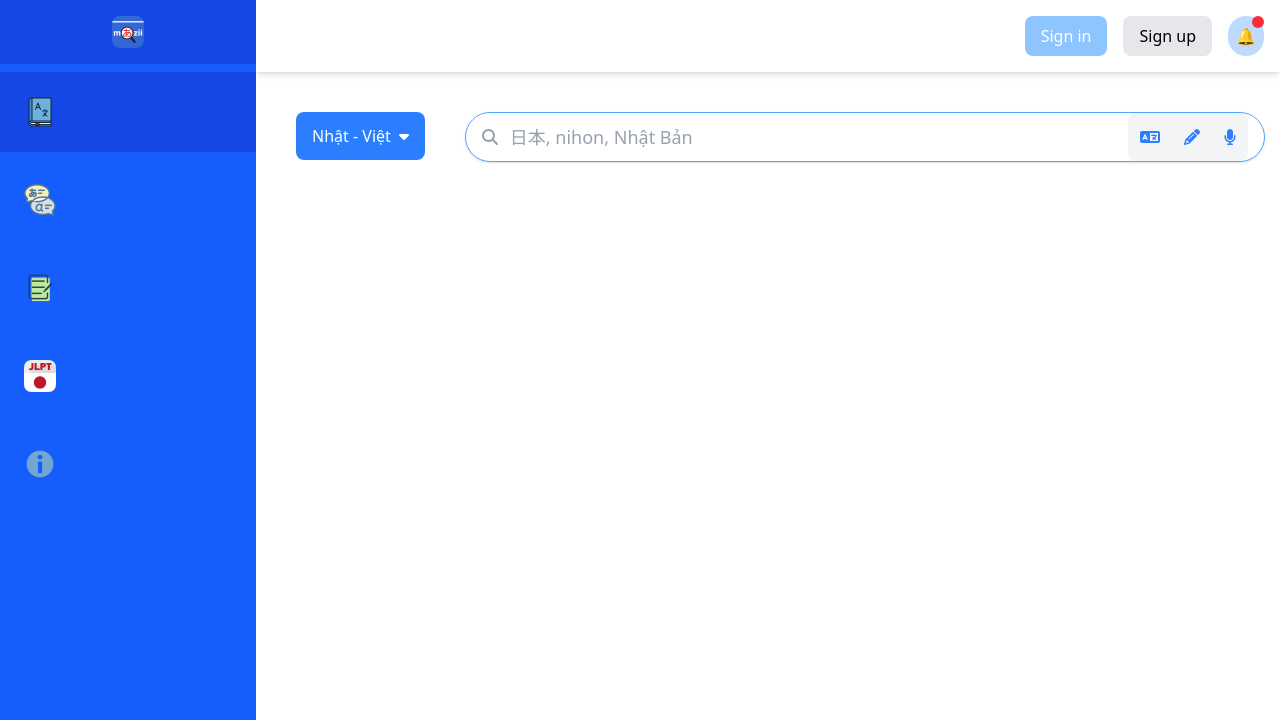
Repository: reminzuetto/JapaneseTranslationApp
Page: /search
These files come from the project's save history. The page is drawn as it stood at one moment and after the next save; the edit follows.
The browser window is 1280 px wide. The pictures show the whole page.
The page's requests for data from a server got no answer. The project was rebuilt for these pictures with package versions that can differ from the ones it lists, and the page was loaded fresh each time. No one was signed in, and anything a server would have sent is missing. Also part of the build but not shown: vite.config.js, src/components/Header/NotificationItem.jsx, src/pages/Home.jsx, src/Firebase.jsx, src/pages/SignInForm.jsx, src/pages/SignUpForm.jsx, src/components/TranslatePage/LanguageSelector.jsx, src/components/TranslatePage/TextBox.jsx and 10 more. Imported but missing from the stored project, and not drawn on this page: src/components/CollectionPage/Popup.

Above is the page before, as saved 2025-03-31 15:34:49.

After the next save:
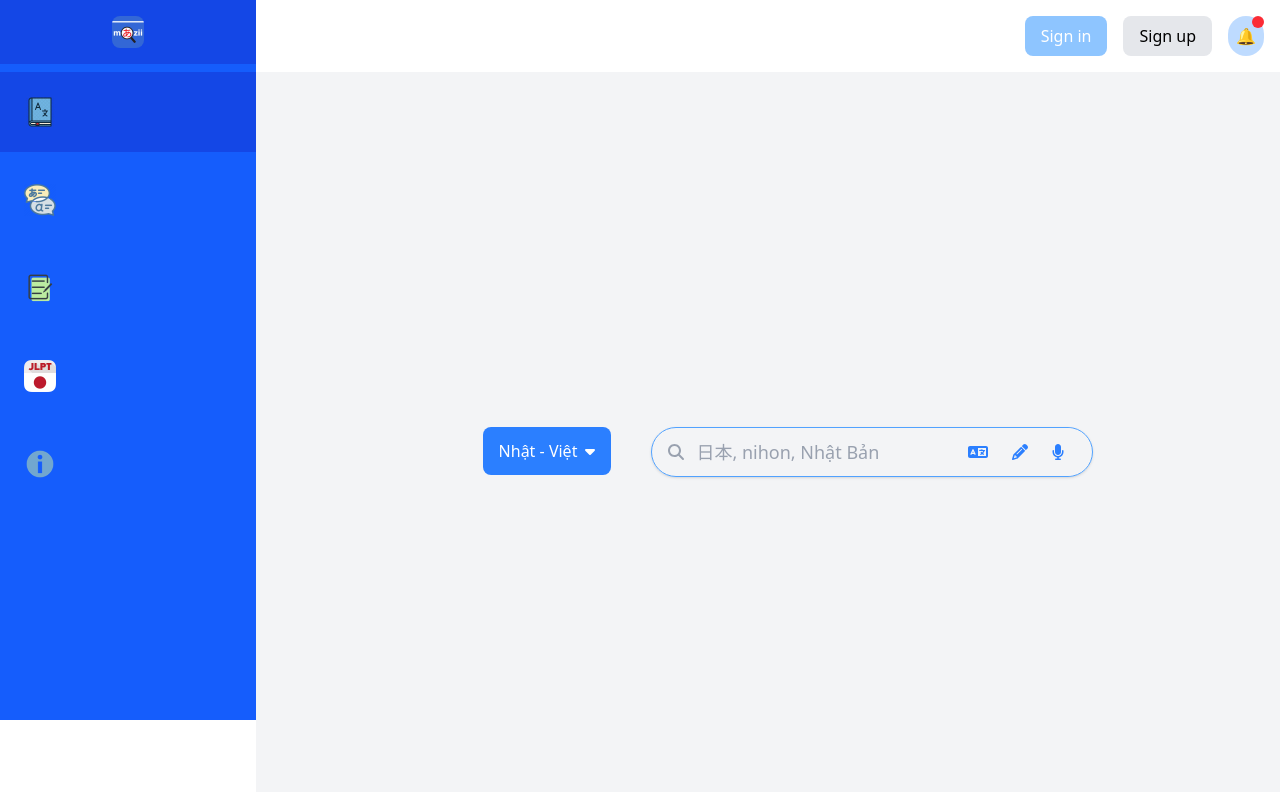
Saved 6 s later.
--- a/src/pages/SearchPage.jsx
+++ b/src/pages/SearchPage.jsx
@@ -3,7 +3,7 @@ import SearchBar from "../components/SeachBar/SearchBar";
 
 const SearchPage = () => {
   return (
-    <div>
+    <div className="flex flex-col items-center justify-center h-screen bg-gray-100">
       <div className="mt-10 ">
         <SearchBar></SearchBar>
       </div>
